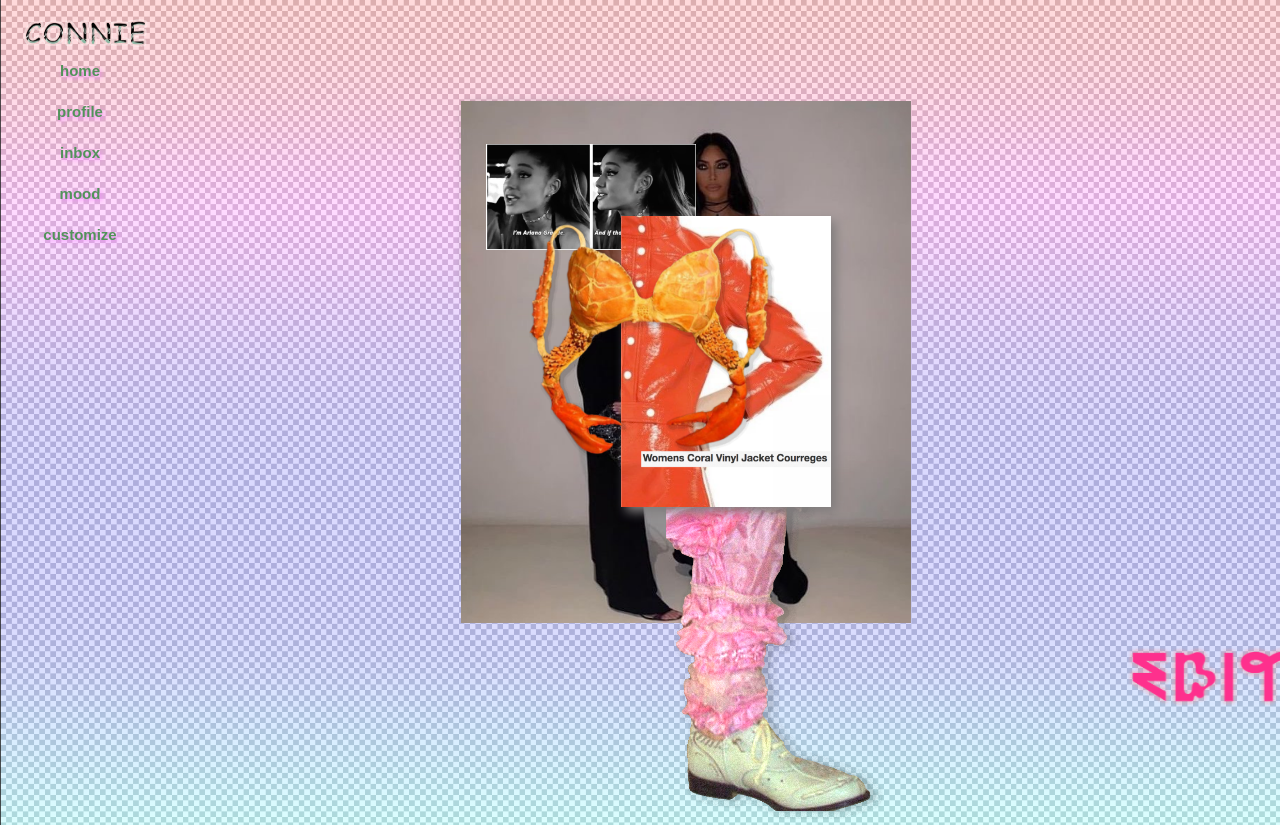
Repository: xuc009/xuc009.github.io
Page: track12/index.html
These files come from the project's save history. The page is drawn as it stood at one moment and after a run of saves; the edit follows.
The browser window is 1280 px wide. The pictures show the whole page.
Some web fonts or font styles are not loaded; a fallback is used. Some web libraries are served in a nearby version.

Above is the page before, as saved 2018-12-08 16:53:30.

### track12/index.html
<!DOCTYPE html>
<html lang="en">
  <head>
    <title>Track 12</title>
    <link rel="shortcut icon" href="" />
    <meta charset="utf-8">
    <meta name="description" content="" />
    <meta property="og:image" content=""/>
    <meta name="viewport" content="width=device-width, initial-scale=1" />
    <script src="https://ajax.googleapis.com/ajax/libs/jquery/3.3.1/jquery.min.js"></script>
    <script src="https://www.w3schools.com/lib/w3.js"></script>
    <link href="assets/css/styles.css" media="all" rel="stylesheet" />
    <meta charset="utf-8" />
    <title>jQuery UI Draggable - Default functionality</title>
    <link rel="stylesheet" href="http://code.jquery.com/ui/1.9.2/themes/base/jquery-ui.css" />
    <script src="http://code.jquery.com/jquery-1.8.3.js"></script>
    <script src="http://code.jquery.com/ui/1.9.2/jquery-ui.js"></script>
    <link href="https://fonts.googleapis.com/css?family=Michroma" rel="stylesheet">
    <style>
    .draggable { width: 0px; height: 0px; padding: 0; }
    </style>
    <script>
    $(function() {
        $( ".draggable" ).draggable();
    });
    </script>

  </head>

  <body>

      <div class="dropdown">
          <button class="dropbtn"><img src="assets/img/conniemenu.gif" width="140px"></button>
          <div class="dropdown-content">
            <a href="#">home</a>
            <a href="#">profile</a>
            <a href="#">inbox</a>
            <a href="#">mood</a>
            <a href="#">customize</a>
          </div>
        </div>

      <div class="edit">
        <a href="https://xuc009.github.io/track11/index.html">
        <img src="assets/img/edit.png" width="300px">
        </a>
      </div>

    <div id="draggable1" class="ui-widget-content draggable tooltip">
        <span class="tooltiptext">id.png</span>
       <img src="assets/img/k.jpg" width="450px">
      </div>

      <div id="draggable2" class="ui-widget-content draggable tooltip">
          <span class="tooltiptext">↗ Aaliyah by me 🔗📹🤗🦋✨ ⬈</span>
        <a href="https://xuc009.github.io/track2/index.html" target="_blank">
          <img src="assets/img/ari.jpg" width="210px">
        </a>
      </div>

      <div id="draggable3" class="ui-widget-content draggable tooltip">
          <span class="tooltiptext">https://goo.gl/MuuDqj</span>
          <a href="https://goo.gl/MuuDqj" target="_blank">
          <img src="assets/img/foot1.png" width="220px">
          </a>
        </div>

     <div id="draggable4" class="ui-widget-content draggable four tooltip">
        <span class="tooltiptext">https://ebay.us/9TBpsq</span>
        <a href="https://ebay.us/9TBpsq" target="_blank">
            <img src="assets/img/torsoa1.png" width="210px">
        </a>
          </div>

      <div id="draggable5" class="ui-widget-content draggable five tooltip">
          <span class="tooltiptext">https://www.instagram.com/p/BoPapCyAAdp/</span>
          <a href="https://www.instagram.com/p/BoPapCyAAdp/" target="_blank">
          <img src="assets/img/bra1.png" width="250px">
          </a>
        </div>









      </div>
    </div>

  </body>
</html>

### track12/assets/css/styles.css
* { box-sizing: border-box; }

body{
	background-color: #ffffff;
	background-image: url('../img/background.png');
	background-size: 1500px;
	margin: 0 auto 0 auto;
	display: inline-block;
    font-size: 0px;
}

.tooltip {
    position: relative;
    display: inline-block;
    border-bottom: 1px dotted black;
}

.tooltip .tooltiptext {
    visibility: hidden;
    /* width: 120px; */
    background-color: #FF308D;
    color: #00E6FF;
    text-align: center;
    padding: 5px 10px;
    font-size:15px;
    font-family: Arial, Helvetica, sans-serif;
    font-weight: 400;

    /* Position the tooltip */
    position: fixed;
    z-index: 1;
    bottom: 0px;
    left:0 ;
}

.tooltip:hover .tooltiptext {
    visibility: visible;
}

a { cursor: move; }

.draggable{
    box-shadow: 5px 5px 10px #000000;
}

#draggable1{
    width: 190px;
    height: 187px;
    background: #fff;
    border: none;
    box-shadow: 5px 5px 10px #807d7d;
    cursor: move;
    position: absolute;
    top: 14%;
    left: 36%;
}


#draggable2 {
    /* width: 168px;
    height: 438.38px; */
    border: none;
    box-shadow: 5px 5px 10px #807d7d;
    position: absolute;
    top: 20%;
    left: 38%;
    cursor: move;
}


#draggable3 {
    width: 365px;
    border: none;
    position: absolute;
    top: 65%;
    left: 52%;
    cursor: move;
}



#draggable4{
    position: absolute;
    width: 210px;
    height: 291px;
    top: 30%;
    left: 48.5%;
    cursor: move;
    border: none;
    box-shadow: 5px 5px 10px #807d7d;

}

#draggable5{
    position: absolute;
    top: 31%;
    left: 41%;
    cursor: move;
    border: none;
}

.edit{
    position: fixed;
    bottom:0;
    left: 83%;
    cursor: pointer;
    transition: all 300ms;
}

.edit:hover{
    transform: translateX(3px) translateY(-3px);
    /* transform: scale(1.05); */
}

.dropbtn {
    background-color: Transparent;
    width: 140px;
    height: 26px;
    padding: 16px;
    font-size: 16px;
    border: none;
    outline: none;
}

.dropdown {
    position: relative;
    width: 140px;
    display: inline-block;
}

.dropdown-content {
    display: none;
    position: absolute;
    background-color: transparent;
    min-width: 160px;
    text-shadow: 2px 2px 5px #F48BFF;
    z-index: 1;
    font-size: 15px;
    text-align: center;
    font-family: Arial, Helvetica, sans-serif;
    font-weight: 600;
}

.dropdown-content a {
    color: #52935A;
    padding: 12px 16px;
    text-decoration: none;
    display: block;
}

.dropdown-content a:hover {text-shadow: 2px 2px 5px #54FAFF;}

.dropdown:hover .dropdown-content {display: block;}

.dropdown:hover .dropbtn {background-color: none;}

After the next 2 saves:
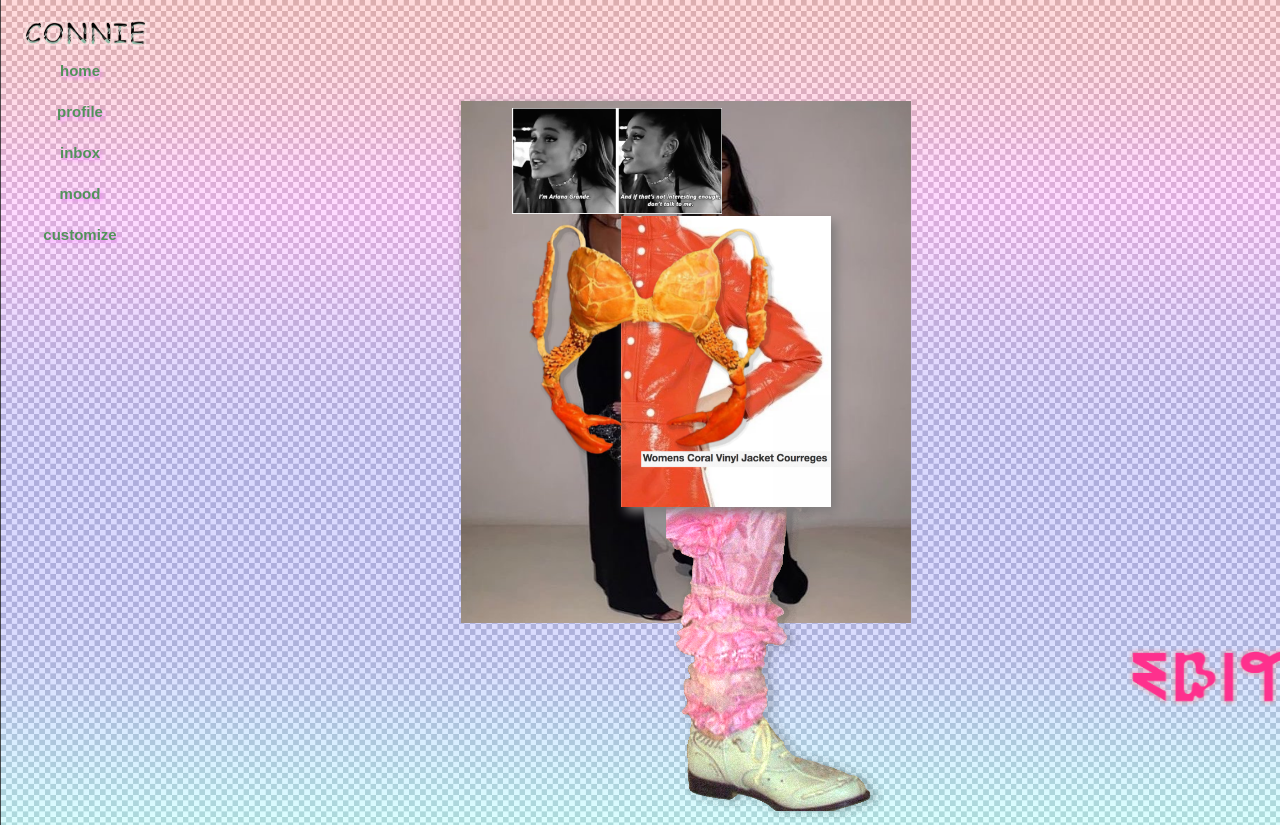
The 2 saves are shown as one change because they came seconds apart.
The last was saved 13 s later.
--- a/track12/assets/css/styles.css
+++ b/track12/assets/css/styles.css
@@ -62,8 +62,8 @@
     border: none;
     box-shadow: 5px 5px 10px #807d7d;
     position: absolute;
-    top: 20%;
-    left: 38%;
+    top: 15%;
+    left: 40%;
     cursor: move;
 }
 
